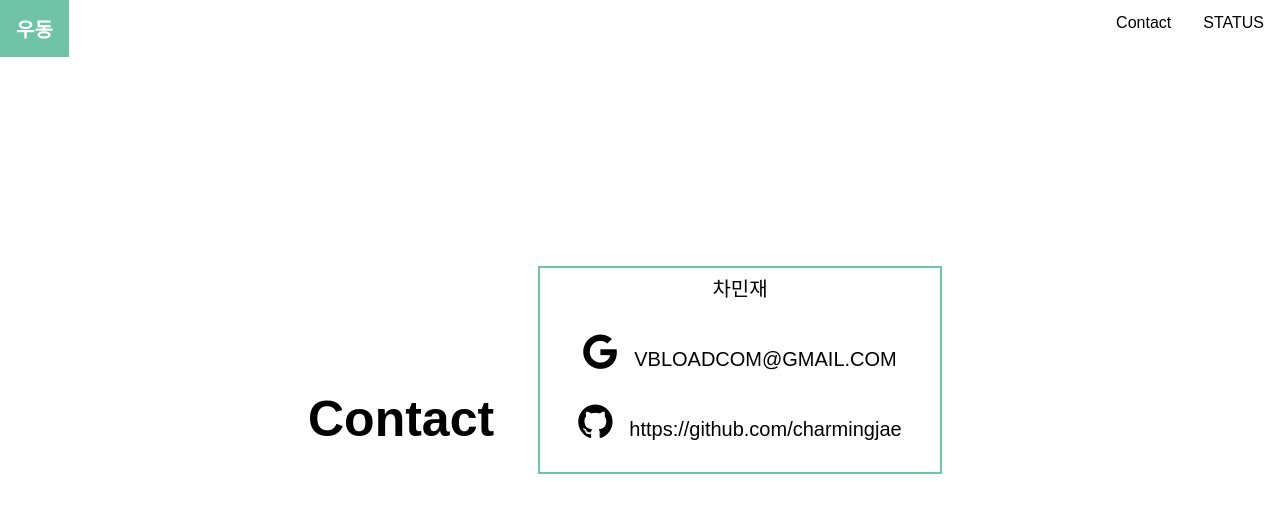
Repository: charmingjae/circles
Page: http://localhost/circles/root/contact.jsp
The author's editor kept a copy of each file at every save. The page is drawn from the files as they stood at one save, then again after the next save.
The browser window is 1280 px wide. The pictures show the whole page.
Some web fonts or font styles are not loaded; a fallback is used. The page is served by Tomcat 9. Other server files are loaded and not shown.

Above is the page before, as saved 2020-07-09 15:08:26.

### circles/WebContent/root/contact.jsp
<%@ page language="java" contentType="text/html; charset=UTF-8"
    pageEncoding="UTF-8"%>
<!DOCTYPE html>
<html>
<head>
	<meta charset="UTF-8">
	<title>MOJUK</title>

	<!-- Link contact.css -->
	<link href="../css/contact.css" rel="stylesheet" type="text/css">

	<!-- font-awesome link -->
	 <link rel="stylesheet" type="text/css" href="https://maxcdn.bootstrapcdn.com/font-awesome/4.7.0/css/font-awesome.min.css">
</head>
<body>
	<!-- include header -->
	<%@include file ="../navbar/navbar.jsp" %>

	<form onsubmit="return false;" action="wrInfo.jsp" class="container" method="post" name="frmStuNo">
		<div class="container">
			<span id="head"> Contact </span>
			<div class="main">
				<span id="showEtc"> 차민재 </span>
				<span id="showEtc"><i class="fa fa-google fa-2x" aria-hidden="true"></i> &nbsp VBLOADCOM@GMAIL.COM  </span>
				<span id="showEtc"><i class="fa fa-github fa-2x" aria-hidden="true"></i> &nbsp https://github.com/charmingjae</span>
			</div>
		</div>
	</form>
</body>
</html>

### circles/WebContent/navbar/navbar.jsp
<%@ page language="java" contentType="text/html; charset=UTF-8"
    pageEncoding="UTF-8"%>
<!DOCTYPE html>
<html>
<head>
<meta charset="UTF-8">
<title></title>

	<!-- Link navbar.css -->
	<link href="../css/navbar.css" rel="stylesheet" type="text/css">
</head>
	<%
		String getSession = (String)session.getAttribute("userID");
	%>
<body>
	<ul id="main-menu">
		<li class="headName" id="main-menu1"><a href="../root/index.jsp" class="headName">우동</a></li>
		<%
			if((getSession != null) && (getSession.isEmpty() == false)){
				%>
				<li style="float:right" id="main-menu2"><a class="active" href="../root/admPg.jsp"><%=getSession %>님 환영합니다.</a>
					<ul id="sub-menu">
						<li><a class="subAct" href="../mojuk/member.jsp">🍀동아리원🍀</a></li>
						<li><a class="subAct" href="../proc/logout.jsp">로그아웃</a></li>
					</ul>
				</li>
				<%
			}
			else{

				%>
				<li style="float:right"><a class="active" href="../root/status.jsp">STATUS</a></li>
				<%
			}
		%>
		<li style="float:right"><a class="active" href="../root/contact.jsp">Contact</a></li>
	</ul>
</body>
</html>

### circles/WebContent/css/contact.css
@charset "UTF-8";


@import url(https://cdn.jsdelivr.net/gh/moonspam/NanumSquare@1.0/nanumsquare.css);

body {
    font-family: 'NanumSquare', sans-serif;
}

/* Chrome, iex, fire-fox Settings */
input:-ms-input-placeholder {color:#a8a8a8;}
input::-webkit-input-placeholder{color:#a8a8a8;}
input::-moz-placeholder{columns: #a8a8a8;}

/* Head Comment */
/* 나중에 px단위를 가변 단위로 바꿀 수 있으면 좋겠다. :-) */

html,body{
	height: 100%;
}

body{
	display:table-cell;
	margin: 0 auto;
}

/* .container{
	height: 100%;
	display: table-cell;
	vertical-align: middle;
	text-align:center;
} */

.container{
	display:inline-block;
	width:100%;
	position:absolute;
	left:50%;
	top:50%;
	transform: translate(-50%, -50%);
	vertical-align: middle;
	text-align:center;
}


/* Contact 관련 css */
#head{
	font-size: 50px;
	font-weight: bold;
}


/* 학번 입력 div Settings */
div .main{
	margin-left: 30px;
	margin-right: 30px;
	display:inline-block;
    height:100%;
    width: 400px;
    border: 2px solid #70c3a7;
    background: #ffffff;
    margin-top: 20px;
}


#showEtc{
	font-size:20px;
	display:block;
	margin-top : 5px;
	margin-bottom: 30px;
}

### circles/WebContent/css/navbar.css
@charset "UTF-8";

@import url(https://cdn.jsdelivr.net/gh/moonspam/NanumSquare@1.0/nanumsquare.css);

body {
    font-family: 'NanumSquare', sans-serif;
}

ul{
	width:100%;
	list-style-type: none;
	margin: 0;
	padding: 0;
	background-color: #ffffff;
	position:fixed;
}

li {
	float:none;
}

a {

  display: inline-block;
  color: black;
  text-align: center;
  padding: 14px 16px;
  text-decoration: none;
}

/* Change the link color to #111 (black) on hover */
a:hover {
  background-color: #70c3a7;
  color:#ffffff;
}

li .headName{
	font-weight: bold;
}

#sub-menu{
	position:absolute;
	opacity: 0;
	visibility: hidden;
}

#main-menu1{
	font-size: 20px;
}

#main-menu1, #main-menu2{
	float:left;
}

#main-menu2:hover #sub-menu{
	opacity:1;
	visibility:visible;
}
.subAct{
	width:130px !important;
}

After the next save:
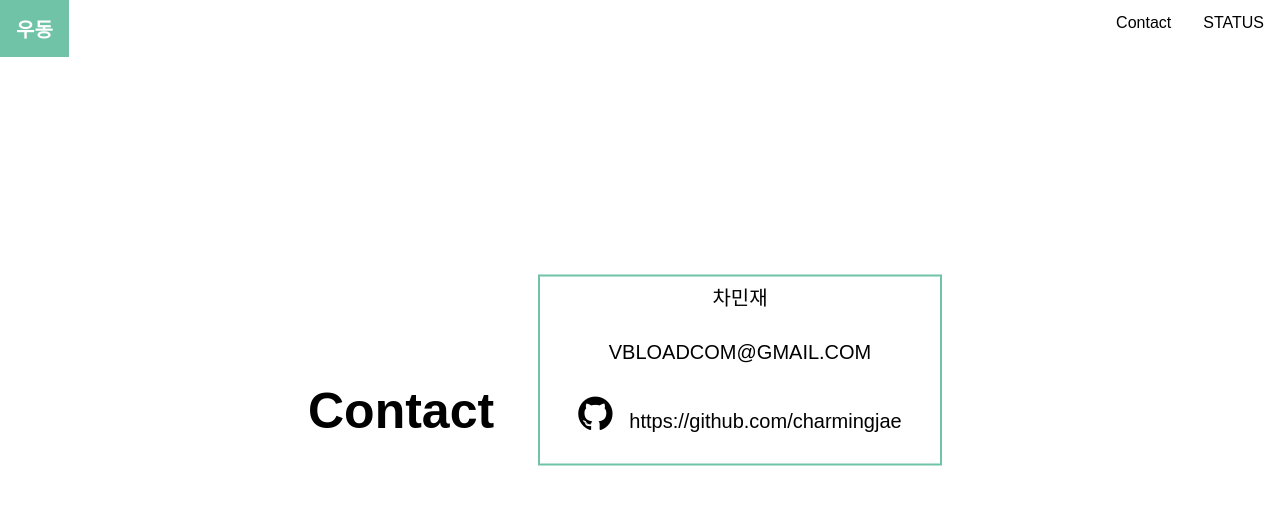
Saved 2 min 2 s later.
--- a/circles/WebContent/root/contact.jsp
+++ b/circles/WebContent/root/contact.jsp
@@ -21,7 +21,7 @@
 			<span id="head"> Contact </span>
 			<div class="main">
 				<span id="showEtc"> 차민재 </span>
-				<span id="showEtc"><i class="fa fa-google fa-2x" aria-hidden="true"></i> &nbsp VBLOADCOM@GMAIL.COM  </span>
+				<span id="showEtc"> VBLOADCOM@GMAIL.COM  </span>
 				<span id="showEtc"><i class="fa fa-github fa-2x" aria-hidden="true"></i> &nbsp https://github.com/charmingjae</span>
 			</div>
 		</div>
